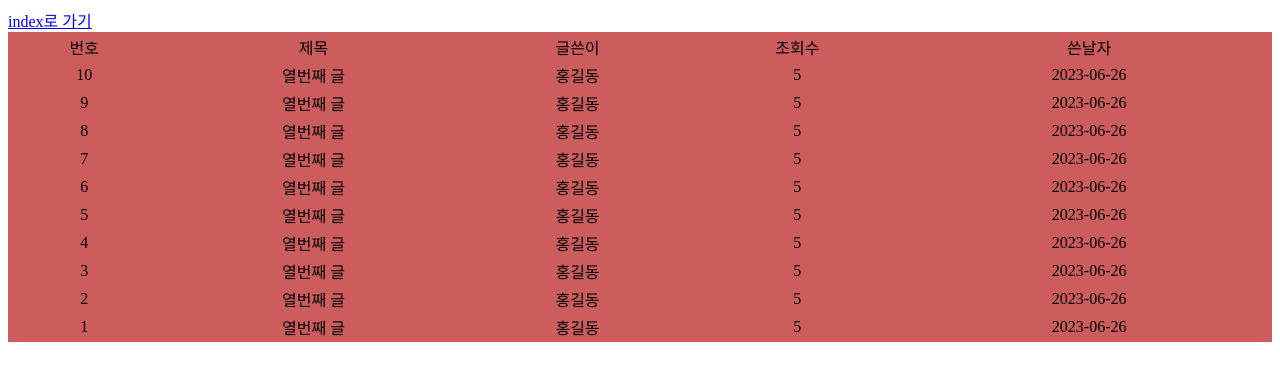
Repository: popll1/Pleiades
Page: http://localhost/jun261/main.jsp
An editor plug-in stored every save of this project. The page is shown before and after the next save, followed by the edit.
The browser window is 1280 px wide. The pictures show the whole page.
The page is served by Tomcat 9.

Above is the page before, as saved 2023-06-26 06:25:18.

After the next save:
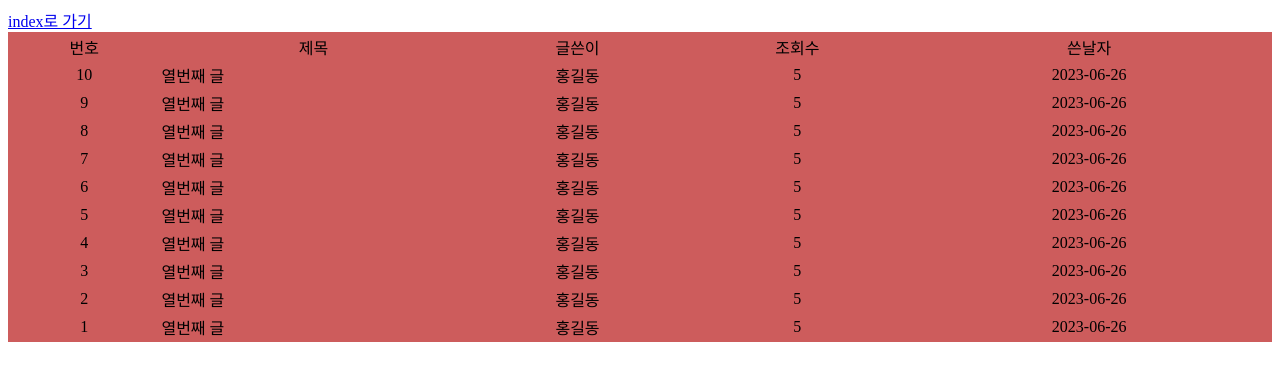
Saved 19 s later.
--- a/jun261/src/main/webapp/main.jsp
+++ b/jun261/src/main/webapp/main.jsp
@@ -6,17 +6,18 @@
 <meta charset="EUC-KR">
 <title>main</title>
 <style type="text/css">
+ /* 스타일영역입니다 */
  table {
-	width : 100%
-	height: 500px;
-	background-color : #gray;
-}
+    width : 100%;
+    height: 500px;
+    background-color: gray;
+ }
  td {
- 	text-align : center;
-{
-/* id = "title" --> #title */
- # title {
-	text-align : left
+    text-align: center;
+ }
+ /* id="title" --> #title */
+ #title {
+    text-align: left;
 
 }
 
